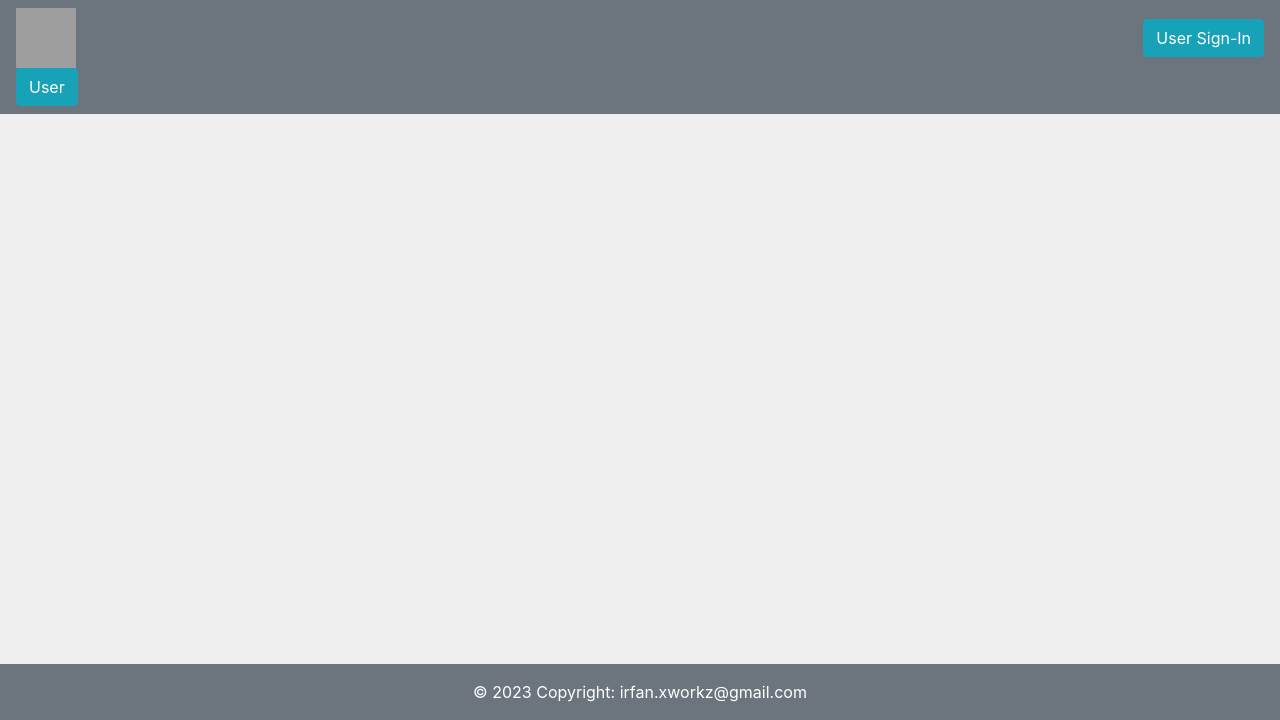
Repository: irfanxworkz/Project
Page: http://localhost/parking/User.jsp
These files come from the project's save history. The page is drawn as it stood at one moment and after the next save; the edit follows.
The browser window is 1280 px wide. The pictures show the whole page.
Pictures or frames that could not be fetched are drawn as grey boxes. The page is served by Tomcat 9.

Above is the page before, as saved 2023-07-09 23:10:36.

After the next save:
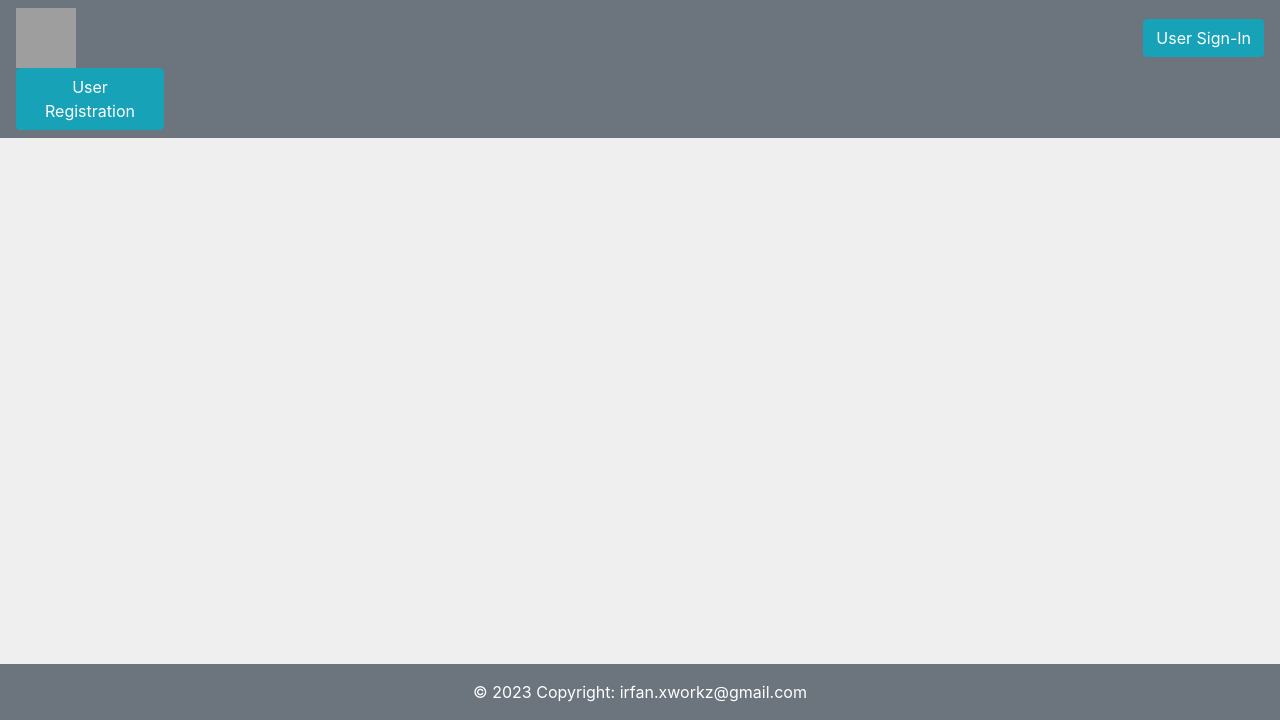
Saved 68 s later.
--- a/parking/src/main/webapp/User.jsp
+++ b/parking/src/main/webapp/User.jsp
@@ -14,7 +14,7 @@
 		<nav class="navbar navbar-dark bg-secondary justify-content-between">
 			<img src="https://w7.pngwing.com/pngs/974/17/png-transparent-car-park-parking-computer-icons-parking-text-rectangle-logo-thumbnail.png" alt="" width="60" height="60">
 		    <a href="Admin.jsp" class="btn btn-info" type="button">User Sign-In</a>
-			<a href="UserInfo.jsp" class="btn btn-info" type="button" style="margin-right: 1100px;">User</a>
+			<a href="UserInfo.jsp" class="btn btn-info" type="button" style="margin-right: 1100px;">User Registration</a>
 		</nav>
 	</div>
 </header>
